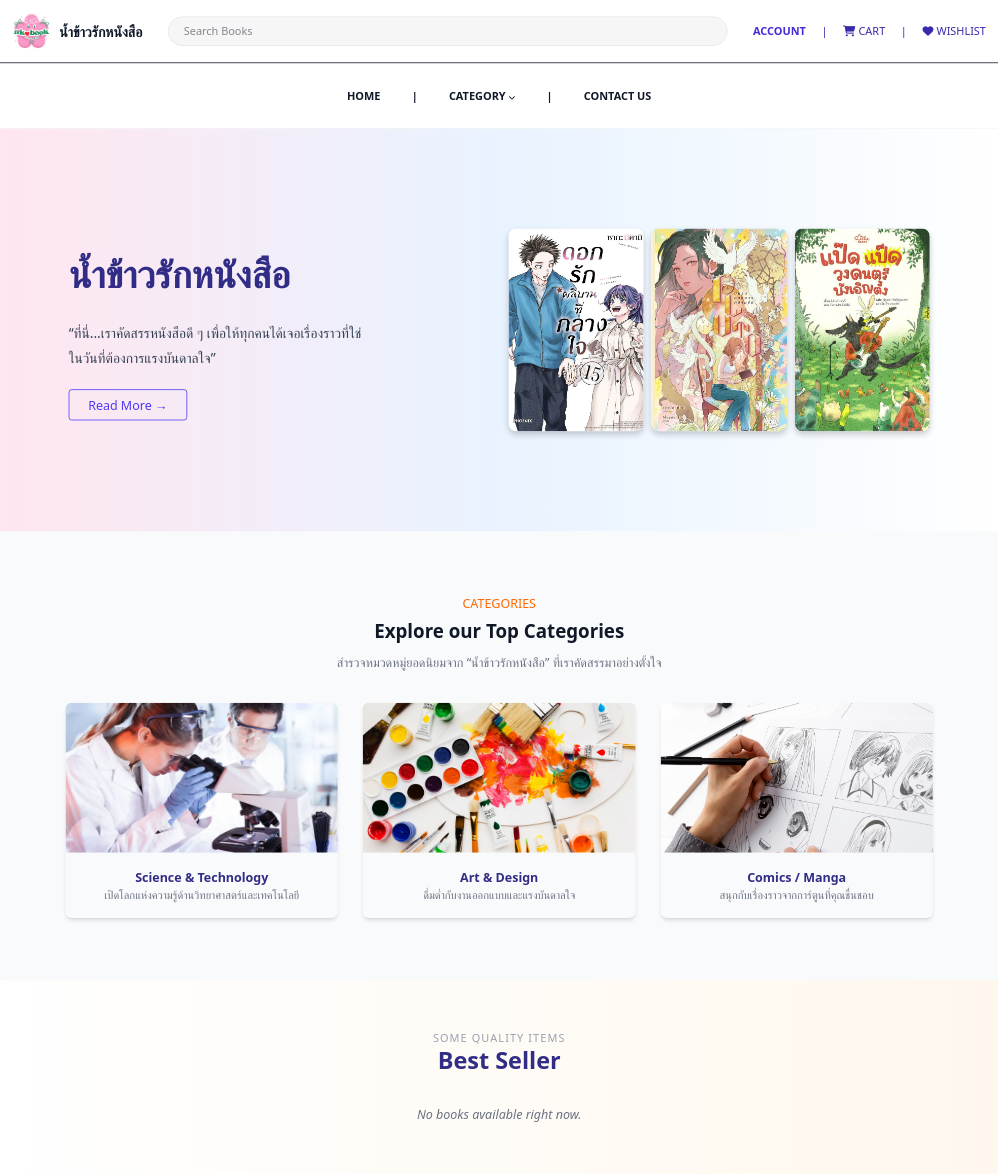
Repository: buratsakon0/NKLoveBook
Page: http://localhost/home
The author's editor kept a copy of each file at every save. The page is drawn from the files as they stood at one save, then again after the next save.
The browser window is 1280 px wide. The pictures show the whole page, at 78% of full size.
The page is served by the project's Laravel application, run on PHP 8.4 with Laravel 12. Style sheets and scripts are compiled from the project's sources, by tool versions that may differ from the author's. Queries for data that is not in the repository find no rows.

Above is the page before, as saved 2025-10-26 14:54:24.

After the next save:
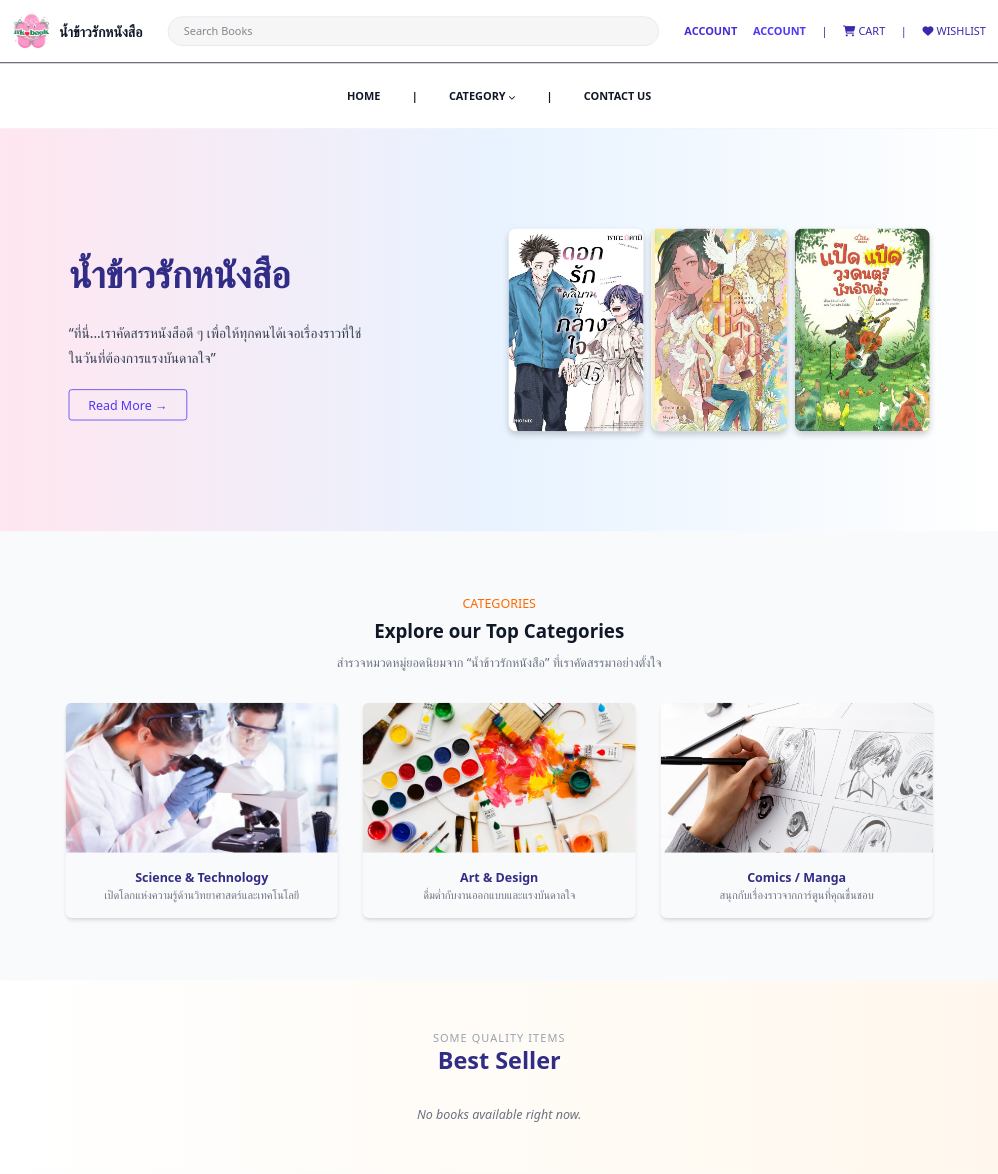
Saved 95 s later.
--- a/resources/views/component/navbar.blade.php
+++ b/resources/views/component/navbar.blade.php
@@ -126,16 +126,17 @@
 @endguest
 
 @auth
-    <div class="flex items-center gap-3">
-        <span class="text-sm font-semibold text-gray-700">
-            👤 {{ Auth::user()->Username }}
-        </span>
-        <form method="POST" action="{{ route('logout') }}">
-            @csrf
-            <button type="submit" class="text-sm text-red-500 hover:text-red-700">Logout</button>
-        </form>
-    </div>
+    <!-- login แล้ว-->
+    <a href="{{ route('profile') }}" class="text-indigo-600 font-semibold">
+        {{ Auth::user()->Username }}
+    </a>
+@else
+    <!-- ยังไม่ login -->
+    <a href="{{ route('login') }}" class="text-indigo-600 font-semibold">
+        ACCOUNT
+    </a>
 @endauth
+
 
       <span>|</span>
       <a href="#" class="flex items-center gap-1 hover:text-indigo-500"><i class="fa fa-shopping-cart"></i> CART</a>
